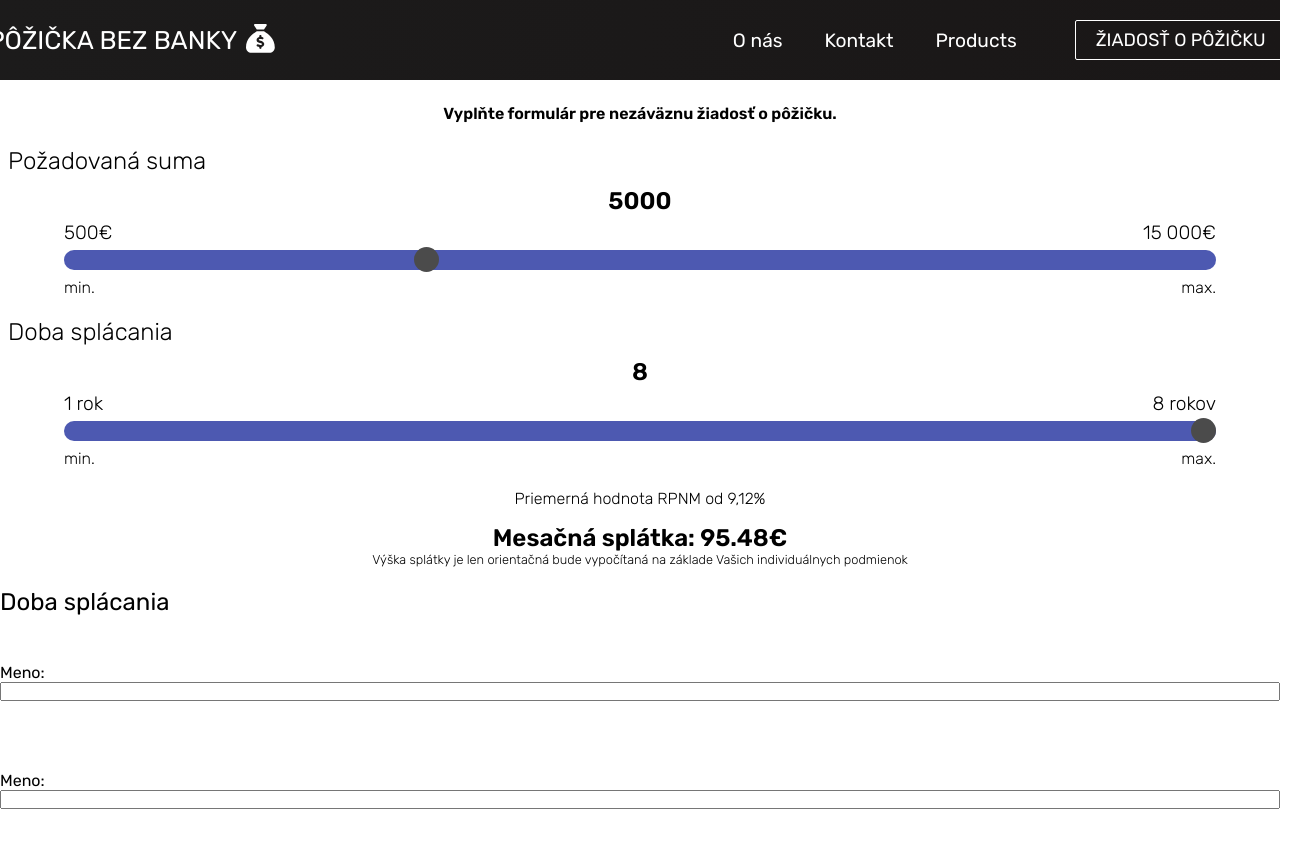
Repository: steve-lgtm/React-website-pozickabezbanky
Page: /ziadost
These files come from the project's save history. The page is drawn as it stood at one moment and after the next save; the edit follows.
The browser window is 1280 px wide. The page is 1305 px wide, so the pictures cover 1305 px, including what lies to the right of the window. The pictures show the whole page.
Some web libraries are served in a nearby version. The project was rebuilt for these pictures with package versions that can differ from the ones it lists, and the page was loaded fresh each time. Also part of the build but not shown: src/components/pages/Home.js, src/components/pages/Kontakt.js, src/components/pages/Products.js.

Above is the page before, as saved 2022-07-09 00:03:27.

After the next save:
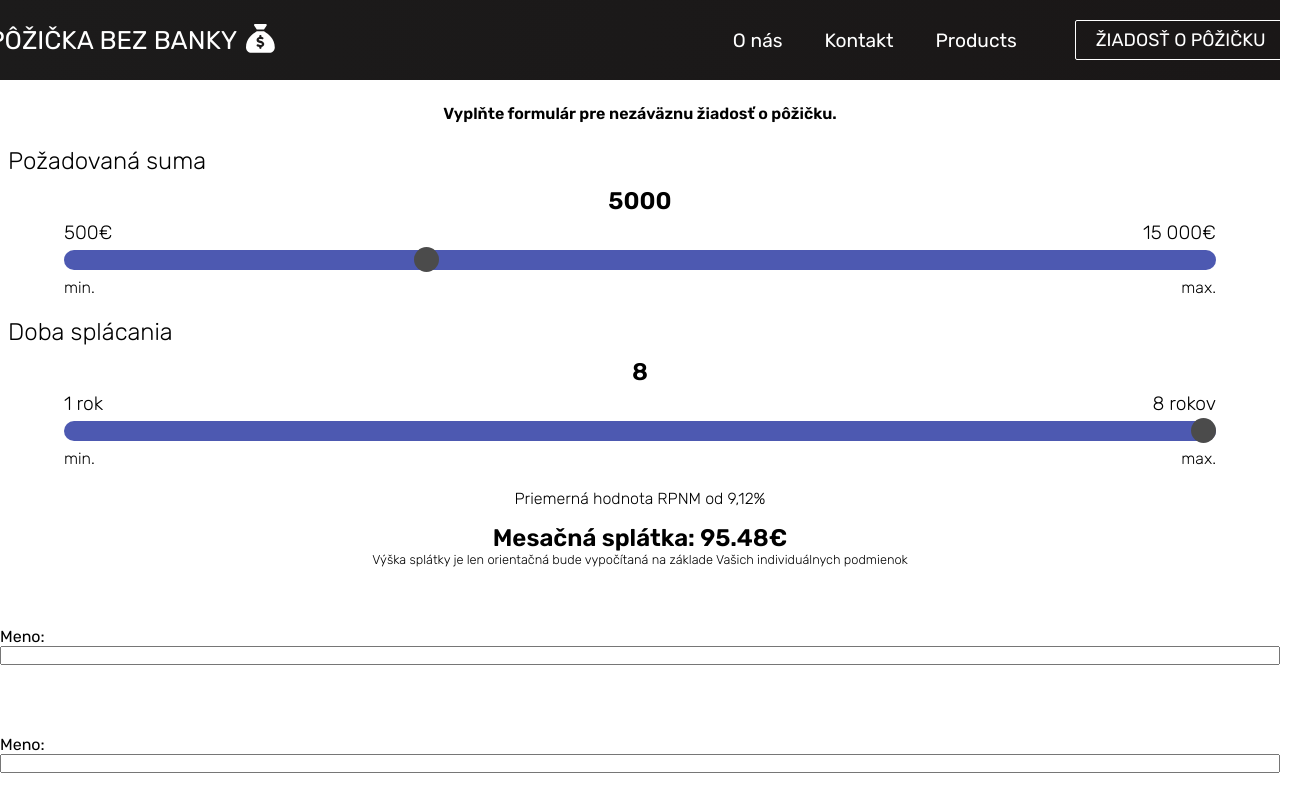
Saved 4 s later.
--- a/src/components/pages/Ziadost.js
+++ b/src/components/pages/Ziadost.js
@@ -107,7 +107,7 @@ export default function Ziadost() {
             Výška splátky je len orientačná bude vypočítaná na základe Vašich individuálnych podmienok
         </div>
             </div>
-            <div className='section-name'>Doba splácania</div>
+            <div className='section-name'></div>
           <div className='personal-data'>
             <div className='personal-data-field'>
           <label for="nameElm">Meno:</label>
